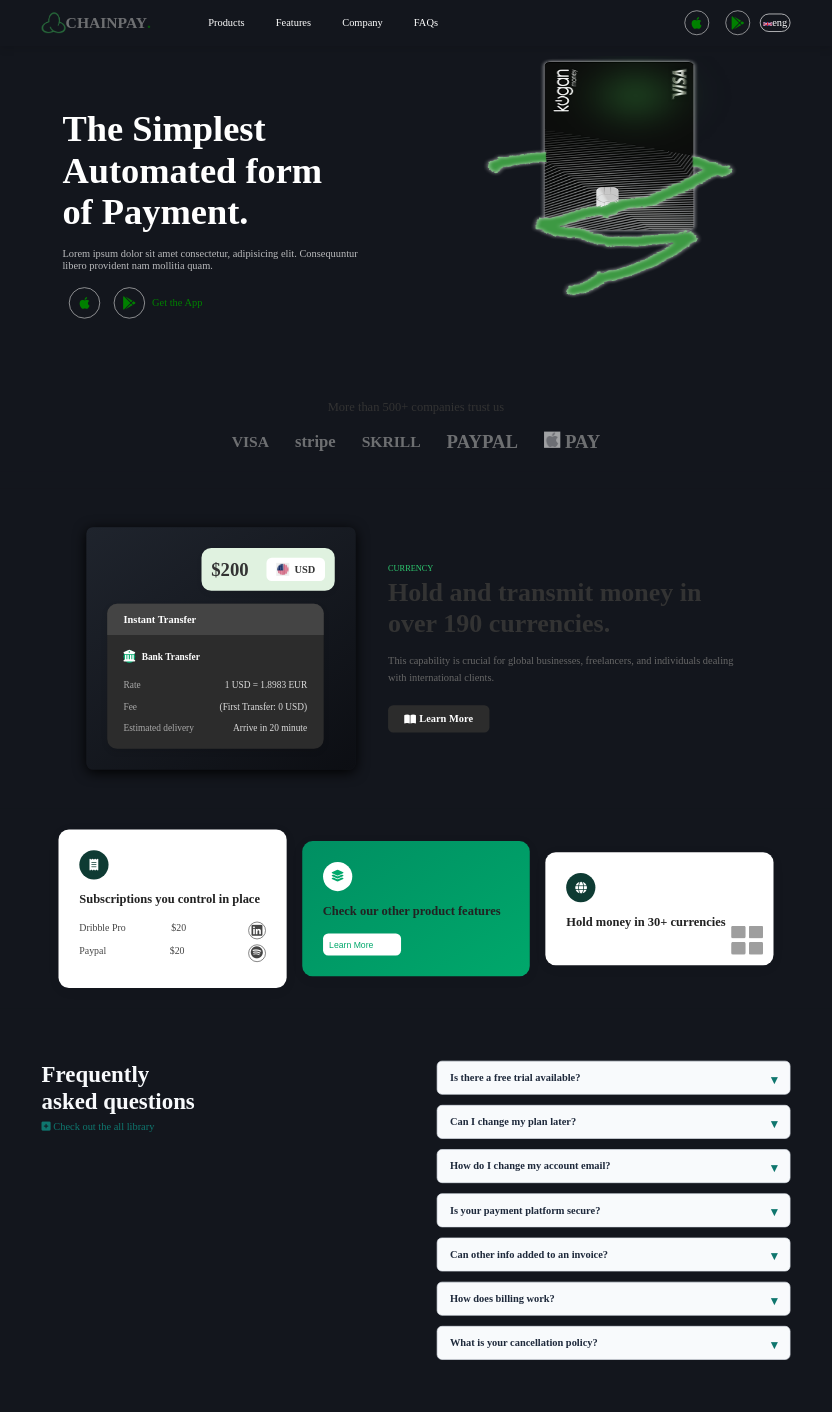
Repository: Austinokezie/Fintech-landing-page
Page: Chainpay.html
An editor plug-in stored every save of this project. The page is shown before and after the next save, followed by the edit.
The browser window is 1280 px wide. The pictures show the whole page, at 65% of full size.
Pictures or frames that could not be fetched are drawn as grey boxes. Some web libraries are served in a nearby version.

Above is the page before, as saved 2025-10-15 23:19:15.

After the next save:
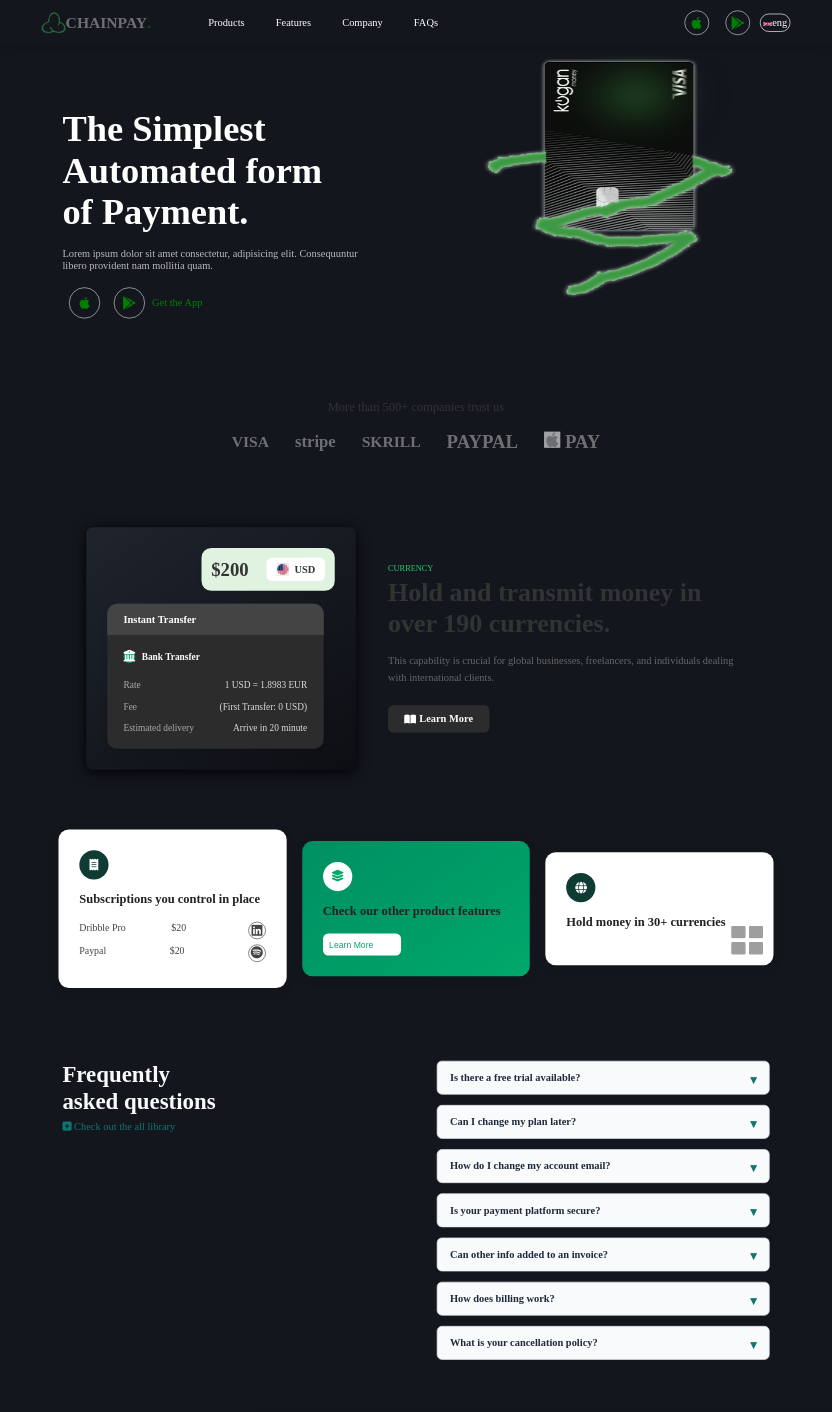
Saved 9 s later.
--- a/Chainpay.css
+++ b/Chainpay.css
@@ -540,7 +540,7 @@
   justify-content: space-between;
   align-items: flex-start;
   gap: 4rem;
-  padding: 5rem 4rem;
+  padding: 5rem 6rem;
   background-color: #13161d;
   color: #f8fafc;
 }
